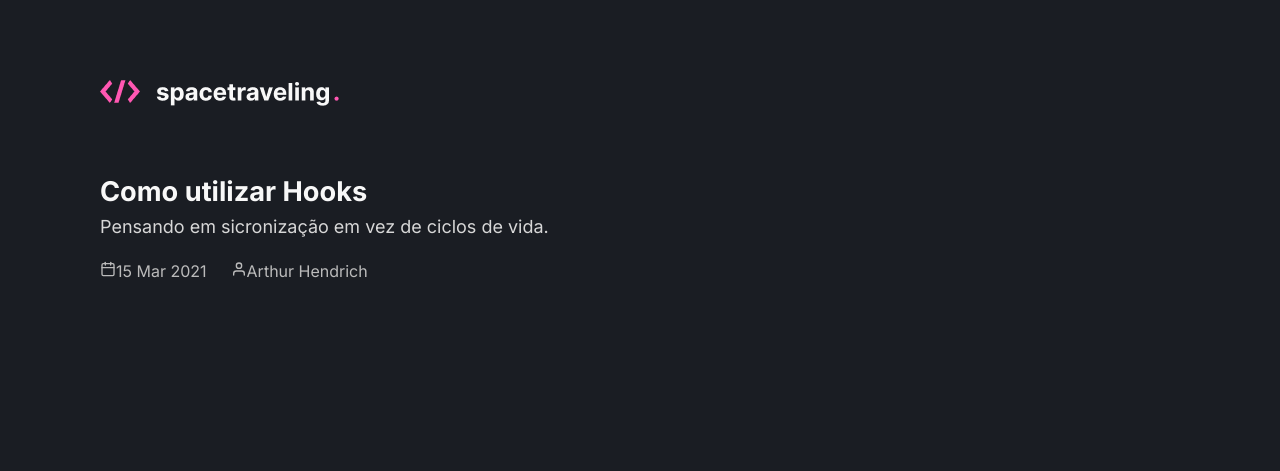
Repository: ArthurHendrich/Ignite-NextJS
Page: /
The author's editor kept a copy of each file at every save. The page is drawn from the files as they stood at one save, then again after the next save.
The browser window is 1280 px wide. The pictures show the whole page.
The project was rebuilt for these pictures with package versions that can differ from the ones it lists, and the page was loaded fresh each time. The framework's server and built-in components were replaced by stand-ins that run in the browser.

Above is the page before, as saved 2022-07-09 15:45:55.

After the next save:
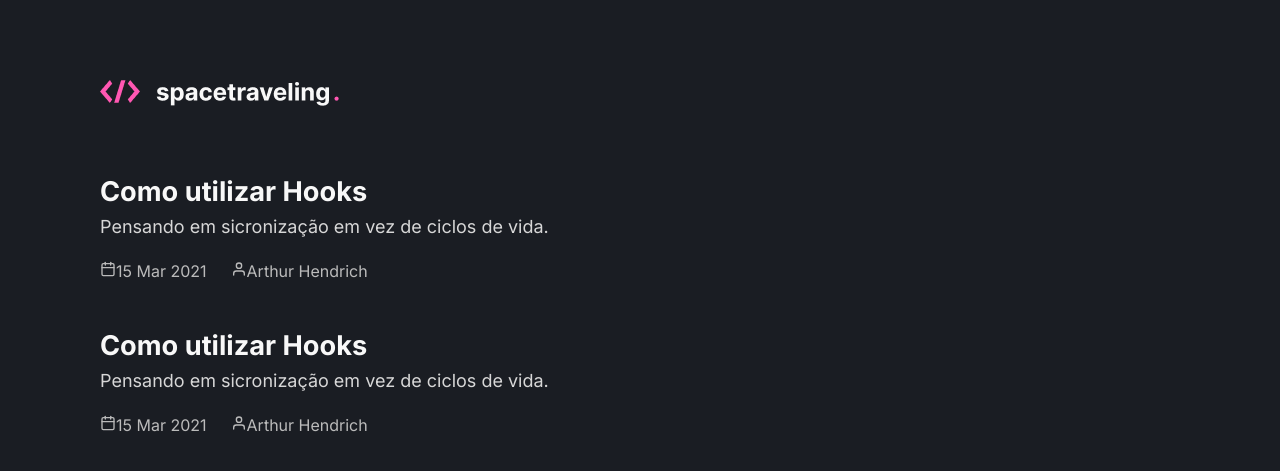
Saved 9 s later.
--- a/src/pages/index.tsx
+++ b/src/pages/index.tsx
@@ -41,7 +41,18 @@ export default function Home() {
             <span>Arthur Hendrich</span>
           </div>
         </div>
-
+                <h1>Como utilizar Hooks</h1>
+        <p>Pensando em sicronização em vez de ciclos de vida.</p>
+        <div className={styles.ContentInfo}>
+          <div className={styles.Date}>
+            <FiCalendar />
+            <span>15 Mar 2021</span>
+          </div>
+          <div className={styles.Author}>
+            <FiUser />
+            <span>Arthur Hendrich</span>
+          </div>
+        </div>
       </div>
     </main>
   );
